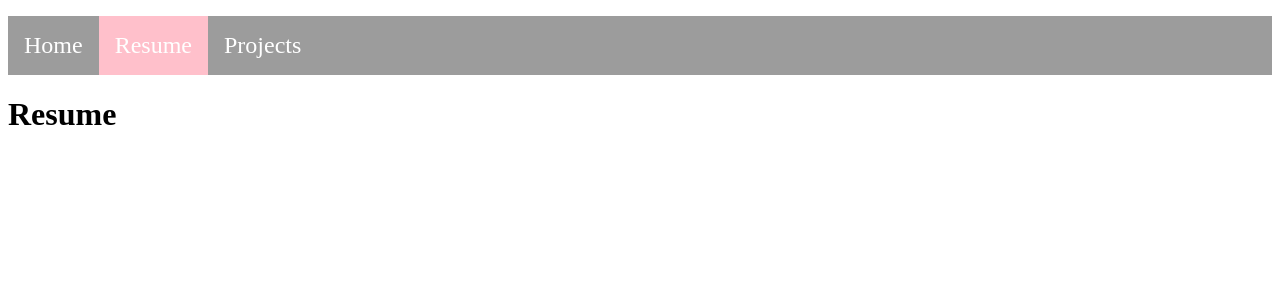
Repository: Peng-uin/Peng-uin.github.io
Page: resume.html
The author's editor kept a record of every edit. The page is drawn from the files as they stood at one moment, then again after the next edit.
The browser window is 1280 px wide. The pictures show the whole page.

Above is the page before.

After the next edit:
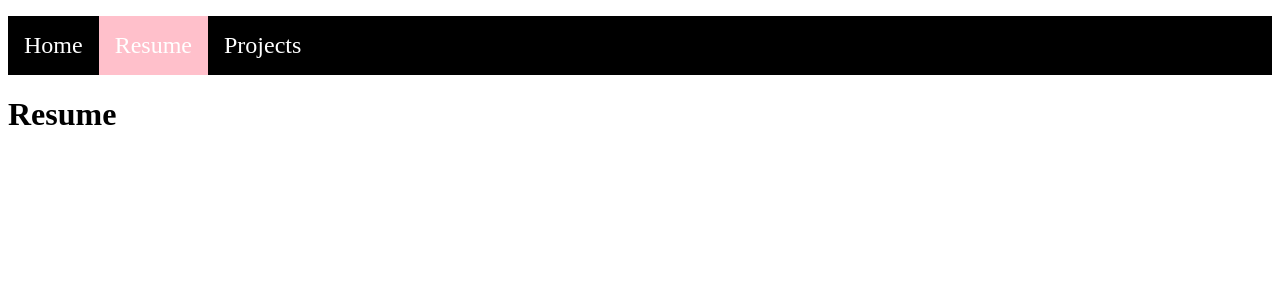
The edit:
--- a/style.css
+++ b/style.css
@@ -1,6 +1,6 @@
 .navbar{
                 list-style: none;
-                background-color: #9c9c9c;
+                background-color: black;
                 overflow: hidden;
                 padding: 0;
             }
